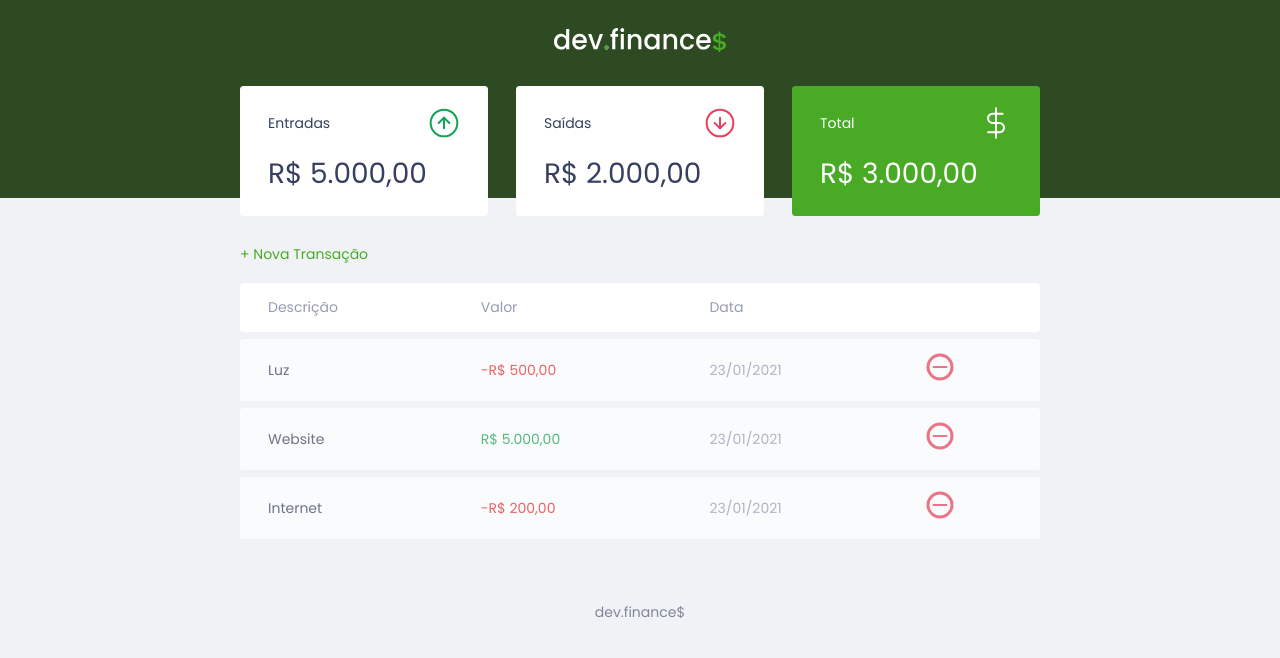
Repository: rafaelmgr12/maratona-dev01
Page: index.html
These files come from the project's save history. The page is drawn as it stood at one moment and after the next save; the edit follows.
The browser window is 1280 px wide. The pictures show the whole page.

Above is the page before, as saved 2021-05-01 13:03:05.
Console error: TypeError: transaction.forEach is not a function

After the next save:
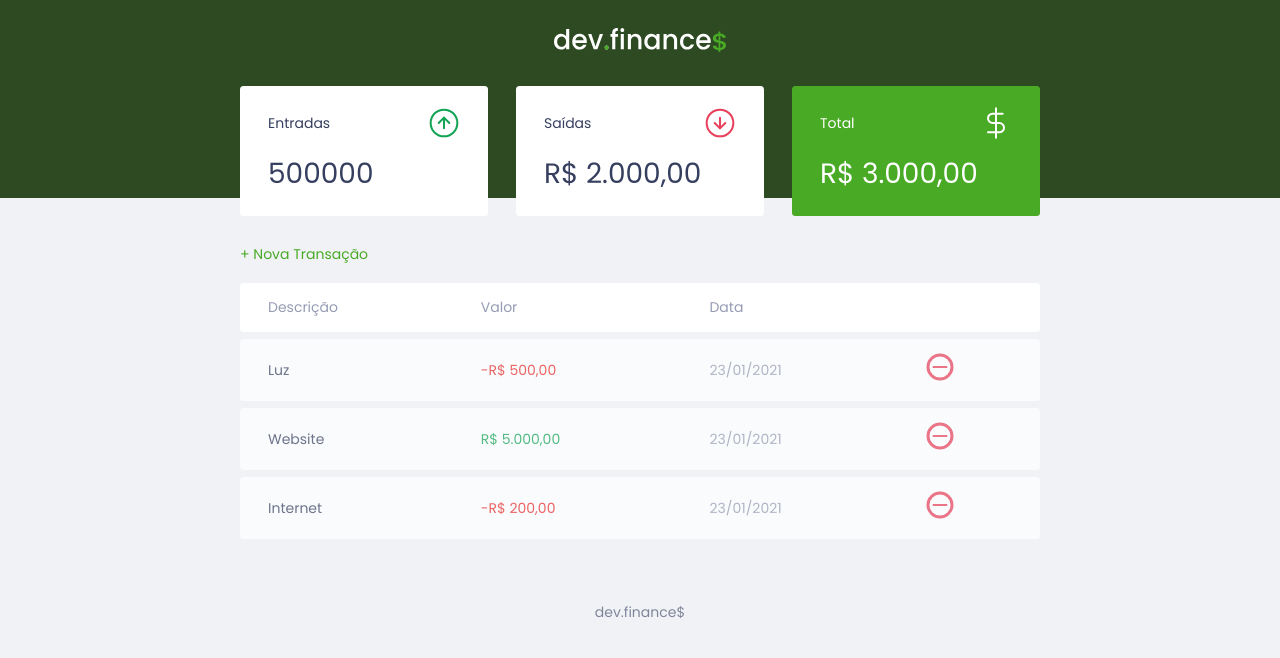
Console error: TypeError: Transaction.expense is not a function
Saved 14 s later.
--- a/scripts.js
+++ b/scripts.js
@@ -25,7 +25,7 @@ const transactions = [
 const Transaction = {
   income() {
     let income = 0
-    transaction.forEach((transaction) => {
+    transactions.forEach((transaction) => {
       if(transaction.amount > 0){
         income += + transaction.amount
 
